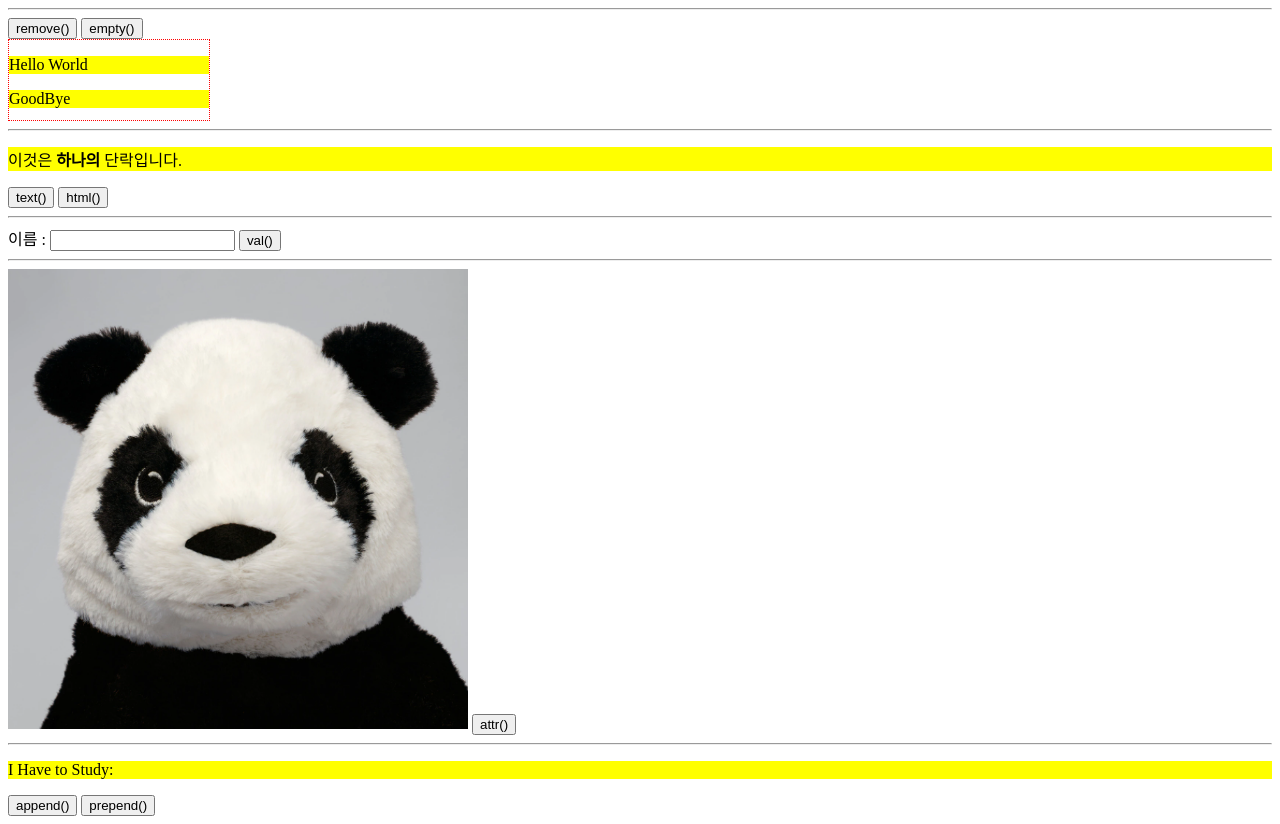
Repository: yujisu01/2021_504_java
Page: javascript_jquery/WebContent/jQuery_ex02.html
The author's editor kept a copy of each file at every save. The page is drawn from the files as they stood at one save, then again after the next save.
The browser window is 1280 px wide. The pictures show the whole page.

Above is the page before, as saved 2021-04-15 05:30:09.

After the next save:
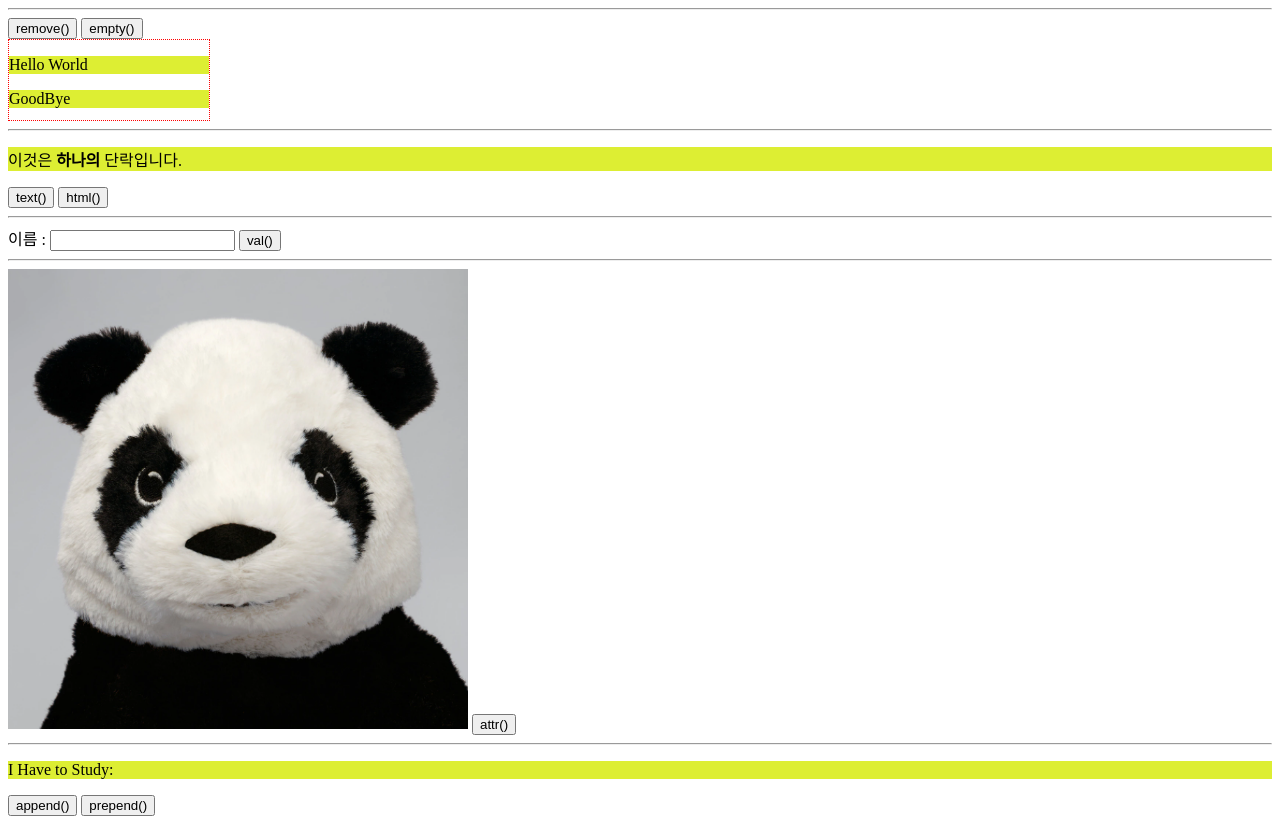
Saved 46 s later.
--- a/javascript_jquery/WebContent/jQuery_ex02.html
+++ b/javascript_jquery/WebContent/jQuery_ex02.html
@@ -5,7 +5,7 @@
 <title>Insert title here</title>
 <style type="text/css">
 	p{
-		background-color: yellow;
+		background-color: #ddee33;
 	}
 	.container{
 		height: 80px;
